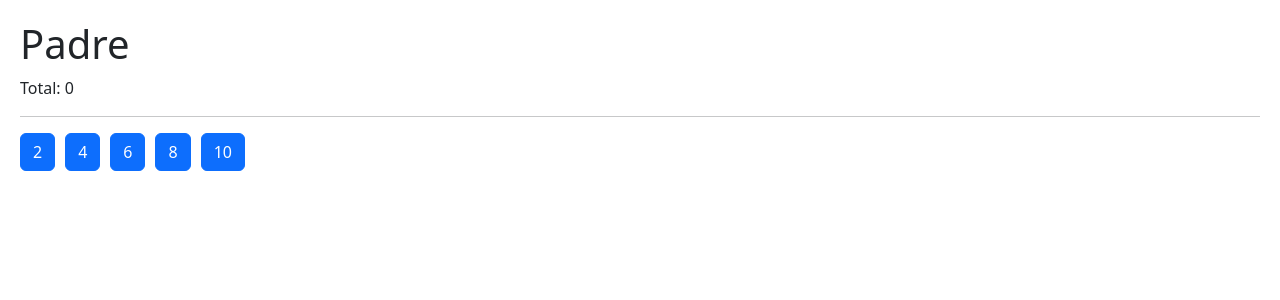
Repository: bryanesteban/hooks-App
Page: /
These files come from the project's save history. The page is drawn as it stood at one moment and after the next save; the edit follows.
The browser window is 1280 px wide. The pictures show the whole page.
The project was rebuilt for these pictures with package versions that can differ from the ones it lists, and the page was loaded fresh each time. Also part of the build but not shown: vite.config.js.

Above is the page before, as saved 2024-08-16 09:28:55.

After the next save:
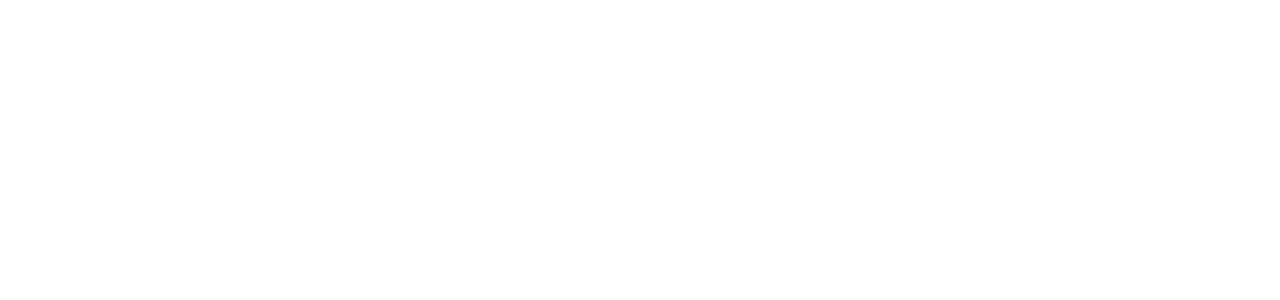
Console error: TypeError: Cannot read properties of undefined (reading 'type')
Saved 77 s later.
--- a/src/08-useReducer/intro-reducer.js
+++ b/src/08-useReducer/intro-reducer.js
@@ -8,6 +8,9 @@
 
 const todoReducer = (state = initialState, action) =>{
 
+    if(action.type === '[TODO] add todo'){
+        return [...state, action.payload]
+    }
 
     return state;
 }

After the 3 saves that followed:
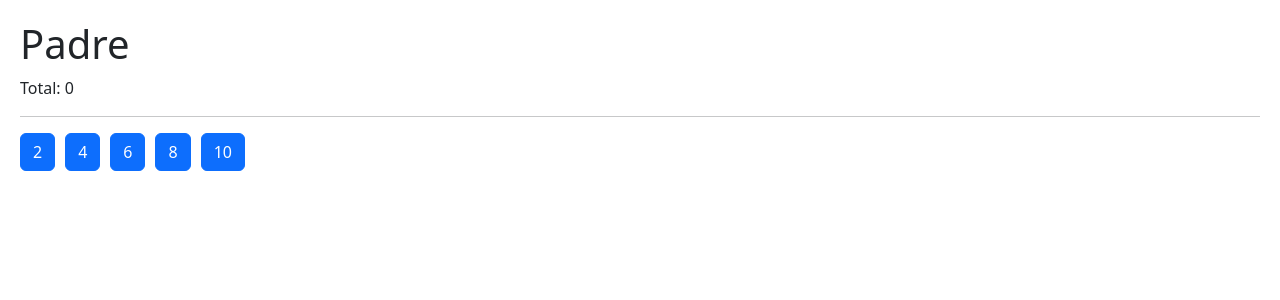
The error is gone.
The 3 saves are shown as one change because 2 left the picture as it was.
The last was saved 76 s later.
--- a/src/08-useReducer/intro-reducer.js
+++ b/src/08-useReducer/intro-reducer.js
@@ -6,15 +6,14 @@
     done: false,
 }];
 
-const todoReducer = (state = initialState, action) =>{
+const todoReducer = (state = initialState, action ={}) =>{
 
     if(action.type === '[TODO] add todo'){
-        return [...state, action.payload]
+        return [...state, action.payload];
     }
 
     return state;
 }
-
 
 let todos = todoReducer();
 
